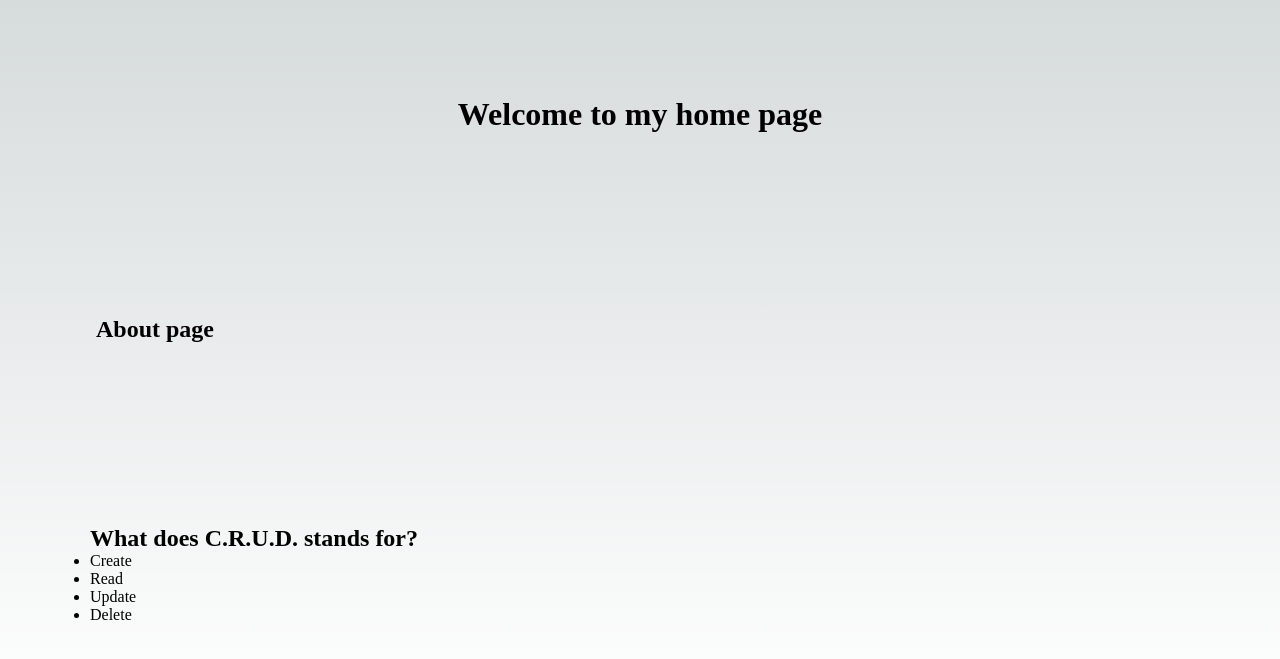
Repository: RonanKhalilOlaes/Week04
Page: /
An editor plug-in stored every save of this project. The page is shown before and after a run of saves, followed by the edit.
The browser window is 1280 px wide. The pictures show the whole page.
The project was rebuilt for these pictures with package versions that can differ from the ones it lists, and the page was loaded fresh each time. The framework's server and built-in components were replaced by stand-ins that run in the browser. Also part of the build but not shown: next.config.js.

Above is the page before, as saved 2023-01-23 11:18:30.

### pages/index.js
import Head from 'next/head'
import Image from 'next/image'
import { Inter } from '@next/font/google'
import styles from '@/styles/Home.module.css'
import Link from 'next/link'

const inter = Inter({ subsets: ['latin'] })

export default function Home() {
  return (
    <>
      <Head>
        <title>Example #1</title>
        <meta name="description" content="Generated by create next app" />
        <meta name="viewport" content="width=device-width, initial-scale=1" />
        <link rel="icon" href="/favicon.ico" />
      </Head>

      <main className={styles.main}>
          <h1 className='styles.title'>
            Welcome to my home page
          </h1>

            <Link href="/about" className={styles.grid}>
              <h2>About page</h2>
            </Link>

              <div className={styles.grid_container} style={{display: "grid"}}>
                <h2>What does C.R.U.D. stands for?</h2>
            <ul>
              <li>Create</li>
              <li>Read</li>
              <li>Update</li>
              <li>Delete</li>
            </ul>
            <div className={styles.grid}>

            </div>
            </div>
      </main>
    </>
  )
}

Loaded but not shown: pages/_app.js (common file); pages/_document.js (common file); styles/globals.css (common file); styles/Home.module.css (common file)

After the next 3 saves:
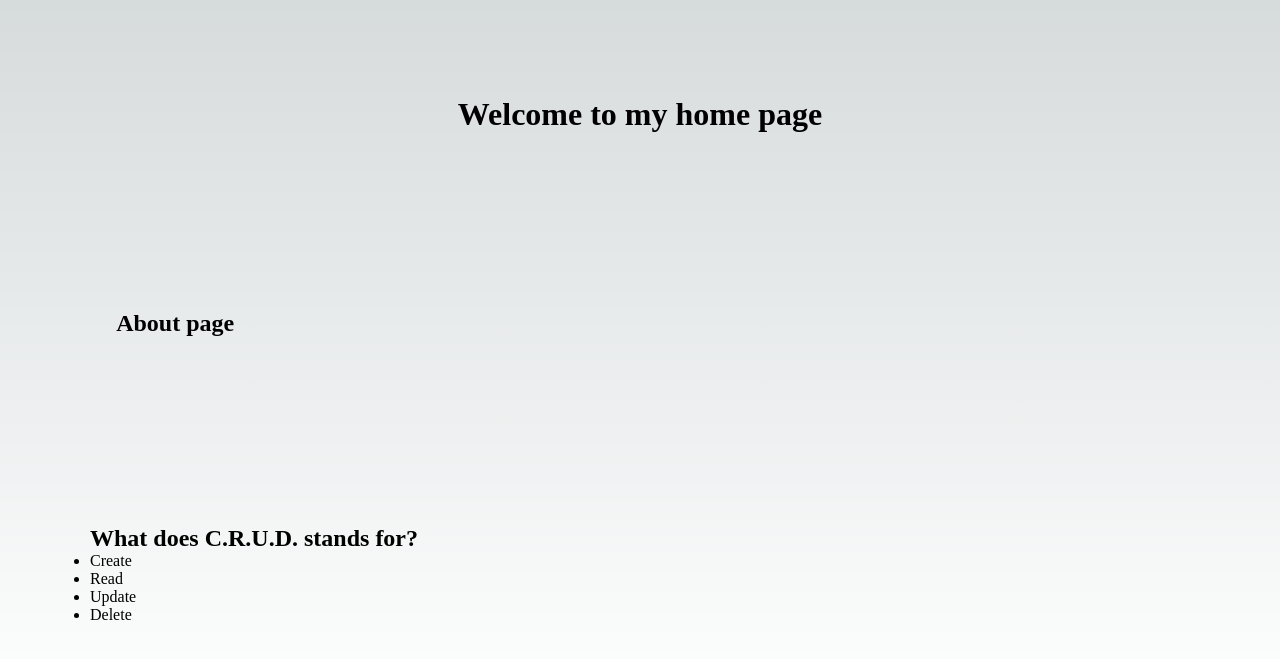
The 3 saves are shown as one change because 2 did not build or start.
The last was saved 9 min 58 s later.
--- a/pages/index.js
+++ b/pages/index.js
@@ -21,9 +21,11 @@ export default function Home() {
             Welcome to my home page
           </h1>
 
-            <Link href="/about" className={styles.grid}>
+            <div className={styles.grid}>
+            <Link href="/about" className={styles.card}>
               <h2>About page</h2>
             </Link>
+            </div>
 
               <div className={styles.grid_container} style={{display: "grid"}}>
                 <h2>What does C.R.U.D. stands for?</h2>
